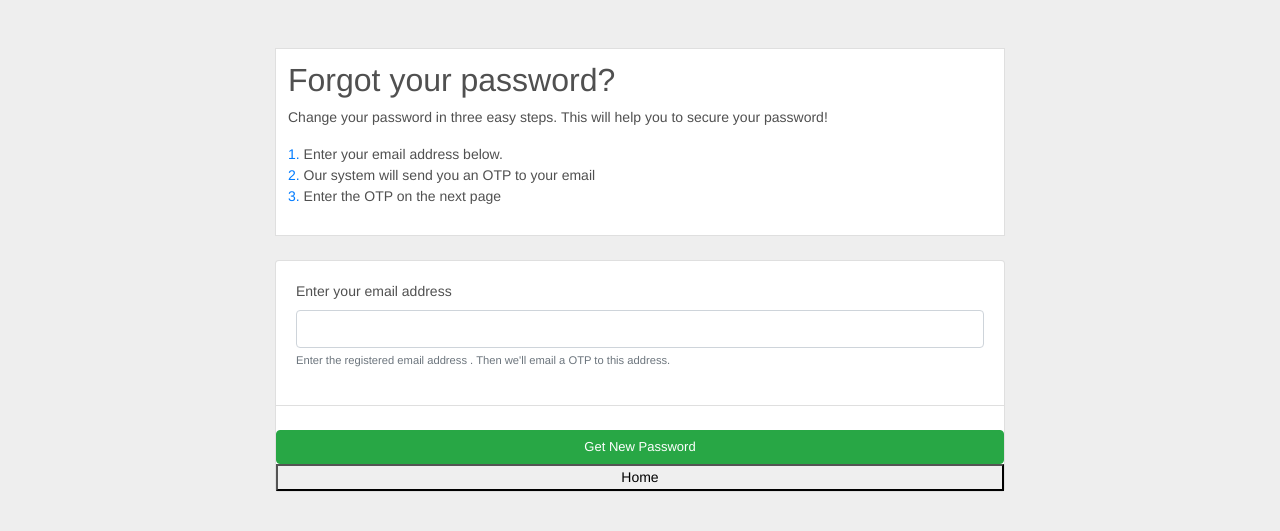
Repository: Hammam0827/maven-jenkins-exercise
Page: http://localhost/devops_project/forgotPassword.jsp
These files come from the project's save history. The page is drawn as it stood at one moment and after the next save; the edit follows.
The browser window is 1280 px wide. The pictures show the whole page.
Some web libraries are served in a nearby version. The page is served by Tomcat 9. Other server files are loaded and not shown.

Above is the page before, as saved 2022-12-01 10:50:13.

### devops_project/src/main/webapp/forgotPassword.jsp
<!doctype html>
<html>
<head>
<meta charset='utf-8'>
<meta name='viewport' content='width=device-width, initial-scale=1'>
<title>Forgot Password</title>
<link
	href='https://stackpath.bootstrapcdn.com/bootstrap/4.1.1/css/bootstrap.min.css'
	rel='stylesheet'>
<link href='' rel='stylesheet'>
<script type='text/javascript'
	src='https://cdnjs.cloudflare.com/ajax/libs/jquery/3.2.1/jquery.min.js'></script>
<style>
body {
	background-position: center;
	background-color: #eee;
	background-repeat: no-repeat;
	background-size: cover;
	color: #505050;
	font-family: "Rubik", Helvetica, Arial, sans-serif;
	font-size: 14px;
	font-weight: normal;
	line-height: 1.5;
	text-transform: none
}

.forgot {
	background-color: #fff;
	padding: 12px;
	border: 1px solid #dfdfdf
}

.padding-bottom-3x {
	padding-bottom: 72px !important
}

.card-footer {
	background-color: #fff
}

.btn {
	font-size: 13px
}

.form-control:focus {
	color: #495057;
	background-color: #fff;
	border-color: #76b7e9;
	outline: 0;
	box-shadow: 0 0 0 0px #28a745
}
</style>
</head>
<body oncontextmenu='return false' class='snippet-body'>
	<div class="container padding-bottom-3x mb-2 mt-5">
		<div class="row justify-content-center">
			<div class="col-lg-8 col-md-10">
				<div class="forgot">


					<h2>Forgot your password?</h2>
					<p>Change your password in three easy steps. This will help you
						to secure your password!</p>
					<ol class="list-unstyled">
						<li><span class="text-primary text-medium">1. </span>Enter
							your email address below.</li>
						<li><span class="text-primary text-medium">2. </span>Our
							system will send you an OTP to your email</li>
						<li><span class="text-primary text-medium">3. </span>Enter
							the OTP on the next page</li>
					</ol>
				</div>
				<form class="card mt-4" action="forgotPassword" method="POST">
					<div class="card-body">
						<div class="form-group">
							<label for="email-for-pass">Enter your email address</label> <input
								class="form-control" type="text" name="email"
								id="email-for-pass" required=""><small
								class="form-text text-muted">Enter the registered email
								address . Then we'll email a OTP to this address.</small>
						</div>
					</div>
					<div class="card-footer">

					</div>
					<button class="btn btn-success" type="submit">Get New
							Password</button>

							<form action="/devops_project/login.jsp" class="inline">
						<button >Home</button>
					</form>



				</form>
			</div>
		</div>
	</div>
	<script type='text/javascript'
		src='https://stackpath.bootstrapcdn.com/bootstrap/4.1.1/js/bootstrap.bundle.min.js'></script>
	<script type='text/javascript' src=''></script>
	<script type='text/javascript' src=''></script>
	<script type='text/Javascript'></script>
</body>
</html>

After the next save:
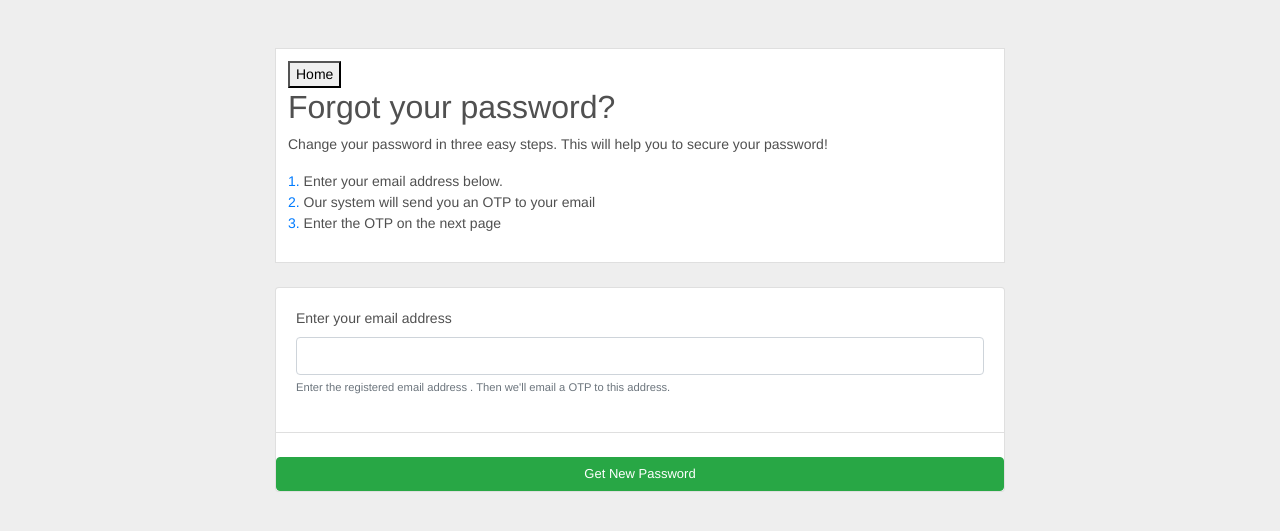
Saved 11 s later.
--- a/devops_project/src/main/webapp/forgotPassword.jsp
+++ b/devops_project/src/main/webapp/forgotPassword.jsp
@@ -57,7 +57,9 @@ body {
 			<div class="col-lg-8 col-md-10">
 				<div class="forgot">
 
-
+					<form action="/devops_project/login.jsp" class="inline">
+						<button >Home</button>
+					</form>
 					<h2>Forgot your password?</h2>
 					<p>Change your password in three easy steps. This will help you
 						to secure your password!</p>
@@ -86,9 +88,7 @@ body {
 					<button class="btn btn-success" type="submit">Get New
 							Password</button>
 
-							<form action="/devops_project/login.jsp" class="inline">
-						<button >Home</button>
-					</form>
+
 
 
 
